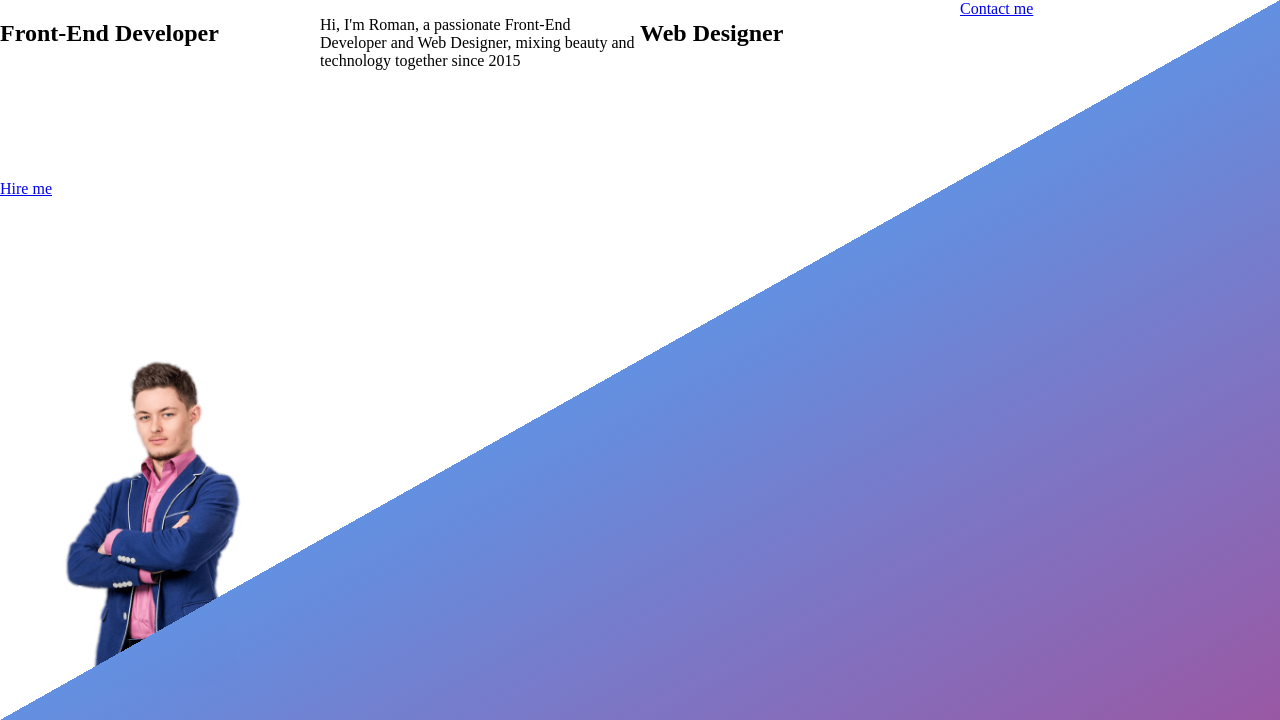
Repository: RShalman/rshalman.github.io
Page: index.html
These files come from the project's save history. The page is drawn as it stood at one moment and after the next save; the edit follows.
The browser window is 1280 px wide. The pictures show the whole page.

Above is the page before, as saved 2018-10-18 17:50:54.

After the next save:
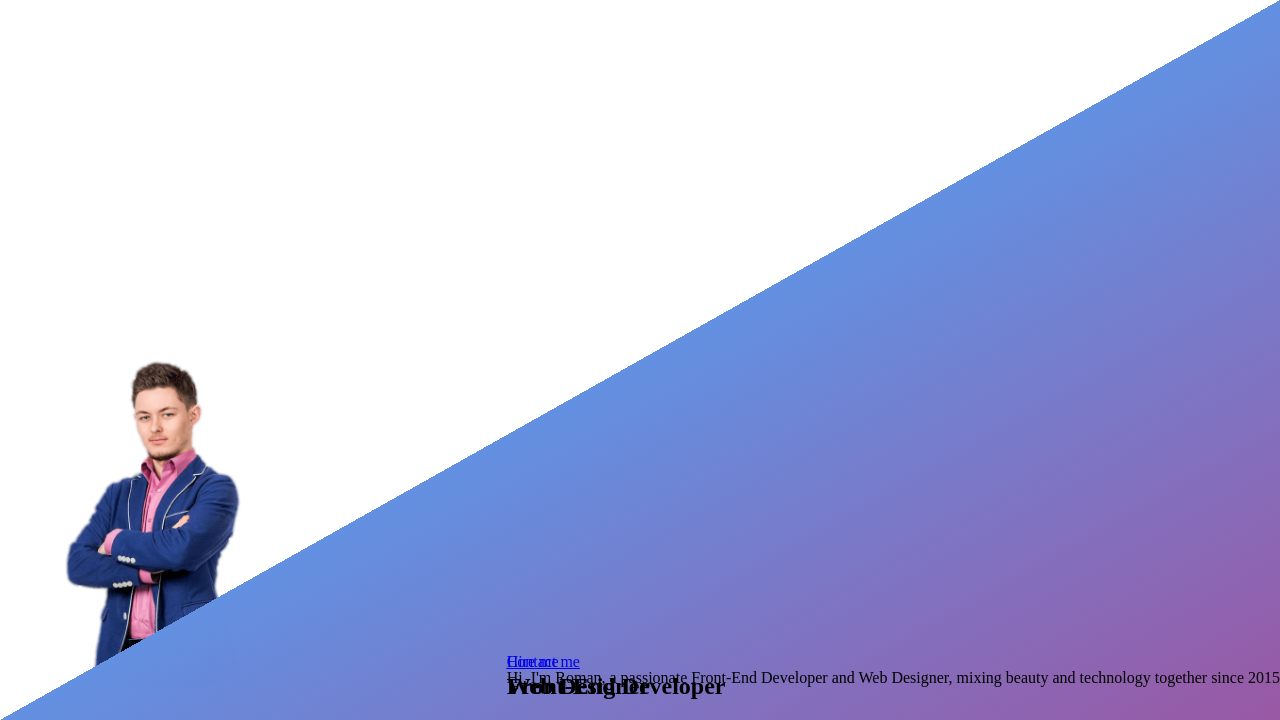
Saved 43 s later.
--- a/css/main.css
+++ b/css/main.css
@@ -23,3 +23,23 @@ section {
     grid-template-columns: repeat(4, 1fr);
     grid-template-rows: repeat(4, 1fr);
 }
+
+#title {
+    grid-area: title;
+}
+
+#description {
+    grid-area: description;
+}
+
+#second-prof {
+    grid-area: second-prof;
+}
+
+#intro-contact {
+    grid-area: intro-contact;
+}
+
+#intro-hire {
+    grid-area: intro-hire;
+}
